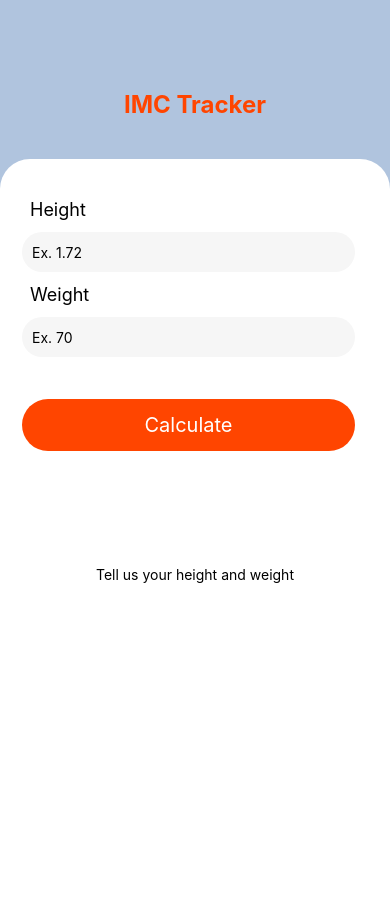
Repository: rubenmatias08/IMCTracker
Screen: /
An editor plug-in stored every save of this project. The screen is shown before and after the next save, followed by the edit.
The app was drawn by React Native's web renderer in a window 390 px wide. The project was rebuilt for these pictures with package versions that can differ from the ones it lists, and the page was loaded fresh each time.

Above is the screen before, as saved 2024-03-11 00:28:10.

### App.js
import { StyleSheet, View } from 'react-native';
import Title from './src/components/Title';
import Form from './src/components/Form/index'

export default function App() {
  return (
    <View style={styles.container}>
      <Title/>
      <Form />
    </View>
  );
}

const styles = StyleSheet.create({
  container: {
    flex: 1,
    backgroundColor: '#B0C4DE',
    paddingTop: 80,

  },
});



/*
   alignItems: 'center',
    justifyContent: 'center',

*/

### src/components/Title/index.js
import React from "react";
import { View,Text } from "react-native"; //Componentes
import styles from "./style";

export default function Title(){
    return(
        <View style={styles.boxTitle}>
            <Text style={styles.textTitle}>IMC Tracker</Text>
        </View>
    )
}

//Para aplicar a estilização colocamos: style={nomedoficheiroimportado.propriedadeJSON}

### src/components/Form/index.js
import React , {useState} from "react";
import { TextInput, View, Text, TouchableOpacity} from "react-native";
import ResultIMC from "./ResultIMC";
import styles from "./style";


export default function Form(){

    const [height, setHeight] = useState(null); // Altura
    const [weight, setWeight] = useState(null); // Peso
    const [messageIMC, setmessageIMC] = useState("Tell us your height and weight"); // Mensagem que contem o resultado
    const [imc,setIMC] = useState(null); // valor do IMC
    const [textButton, setTextButton] = useState("Calculate"); //

    //Calcular o imc é altura x altura a dividir por peso
    //E vamos querer que nos retorne o resultado (toFixed) que é para vir com 2 casas decimais apenas.
    function CalculatorIMC(){
        return setIMC((weight / (height * height)).toFixed(2))
    }

    //Caso os valores tiverem sido preenchidos ele valida, caso contrário temos de avisar o usuário para preencher os dados de altura e peso.
    //Aqui com a condição é: Caso os valores de height e weight sejam diferentes de null, ou seja, estão preenchidos... Chama a função CalculatorIMC() que fará o calculo que depois nos dá o resultado.
    function ValidationIMC(){
        if(height != null && weight != null){
            CalculatorIMC() //Função do calculo
            setHeight(null) //Reset de height para que se faça depois um novo calculo
            setWeight(null) //Reset de weight para que se faça depois um novo calculo
            setmessageIMC("Your IMC is:") //Mensagem para apresentar o resultado
            setTextButton("Calculate again") //Botão com mensagem
            return //Depois de tudo isto... Retorna-nos.
        }
        setIMC(null) //caso o peso e altura sejam nulos, colocamos o imc como nulo também para que não haja resposta de possiveis calculos anteriores
        setTextButton("Calculate") //Para voltar a apresentar o texto original
        setmessageIMC("Tell us your height and weight") //Para voltar a apresentar o texto original

    }


    return(
        <View style={styles.formContent}>
            <View style={styles.form}>
                <Text style={styles.formLabel}>Height</Text>
                <TextInput style= {styles.input}
                onChangeText={setHeight}
                value={height}
                placeholder="Ex. 1.72"
                keyboardType="numeric"
                />

                <Text style={styles.formLabel}>Weight</Text>
                <TextInput style= {styles.input}
                onChangeText={setWeight}
                value={weight}
                placeholder="Ex. 70"
                keyboardType="numeric"
                />

               <TouchableOpacity style={styles.buttonCalculator} onPress={() => ValidationIMC()}>
               <Text style={styles.textButtonCalculator}>{textButton}</Text>
               </TouchableOpacity>

            </View>
            <ResultIMC messageResultImc={messageIMC} resultImc={imc}/>
        </View>
    )
}

//O keyboardType indica qual o tipo de teclado que ele vai abrir
//No <ResultIMC> leva duas props com propriedades dinamicas.


//Antes tinhamos um Button para clicar em vez de TouchOpacity, assim:
//  <Button onPress={() => ValidationIMC()} title={textButton}/>
//mas fizemos diferente e usamos o TouchOpacity porque é mais moderno e melhor. Há várias opções assim, basta ver na documentação do react native.

### src/components/Title/style.js
import { StyleSheet } from "react-native";

const styles = StyleSheet.create( {
    boxTitle: {
        alignItems: "center",
        justifyContent: "center",
        padding: 10,
    },
    textTitle: {
        color:"#FF4500",
        fontSize:24,
        fontWeight:"bold"
    }
});

export default styles;

### src/components/Form/ResultIMC/index.js
import React from "react";
import { View , Text } from "react-native";
import styles from "./style";

export default function ResultIMC(props){
    return(
        <View style={styles.ResultIMC}>
            <Text>{props.messageResultImc}</Text>
            <Text>{props.resultImc}</Text>
        </View>
    )
}

//Neste componente vai ser mostrado o resultado do valor de IMC e uma mensagem com o valor desse IMC.

### src/components/Form/style.js
import { StyleSheet } from "react-native";

const styles = StyleSheet.create( {
    formContent: {
        width:"100%",
        height:"100%",
        bottom:0,
        backgroundColor:"#ffffff",
        alignItems:"center",
        borderTopLeftRadius:30,
        borderTopRightRadius:30,
        marginTop:30
    },
    form: {
        width:"100%",
        height:"auto", //Colocando auto, ao colocar novos items ao conteudo ele ajusta.
        marginTop:30,
        padding:10
    },
    formLabel:{
        color:"#000000",
        fontSize:18,
        paddingLeft:20,
    },
    input:{
        width:"90%",
        borderRadius:50,
        backgroundColor:"#f6f6f6",
        height:40,
        margin:12,
        paddingLeft:10,
    },
    buttonCalculator:{
        borderRadius:50,
        alignItems:"center",
        justifyContent:"center",
        width:"90%",
        backgroundColor:"#FF4500",
        paddingTop:14,
        paddingBottom:14,
        marginLeft:12,
        margin:30

    },
    textButtonCalculator:{
        fontSize:20,
        color: "#ffffff",
    }
});

export default styles;

### src/components/Form/ResultIMC/style.js
import { StyleSheet } from "react-native";

const styles = StyleSheet.create( {
    ResultIMC: {
        flex:1,
        marginTop:15,
        paddingTop:60,
        borderRadius:50,
        alignItems:"center",
        width:"100%",
    },
    numberIMC:{
        fontSize:48,
        color:"#FF4500",
        fontWeight:"bold"
    },
    information:{
        fontSize:18,
        color:"#FF4500",
        fontWeight:"bold"
    }
});

export default styles;

After the next save:
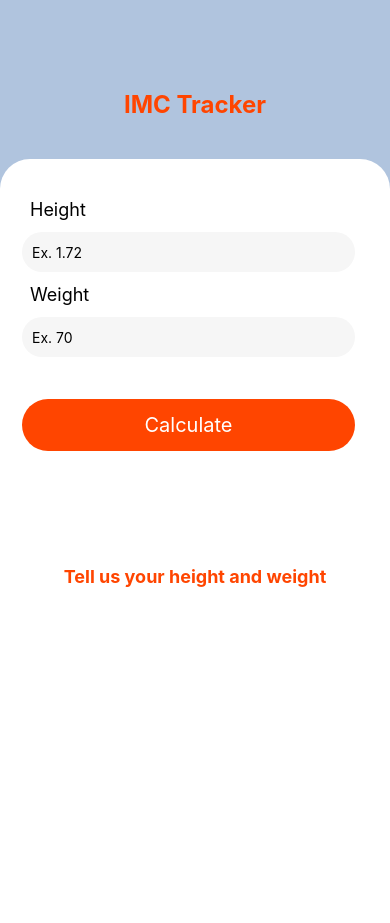
Saved 97 s later.
--- a/src/components/Form/ResultIMC/index.js
+++ b/src/components/Form/ResultIMC/index.js
@@ -5,8 +5,8 @@ import styles from "./style";
 export default function ResultIMC(props){
     return(
         <View style={styles.ResultIMC}>
-            <Text>{props.messageResultImc}</Text>
-            <Text>{props.resultImc}</Text>
+            <Text style={styles.information}>{props.messageResultImc}</Text>
+            <Text style={styles.numberIMC}>{props.resultImc}</Text>
         </View>
     )
 }
